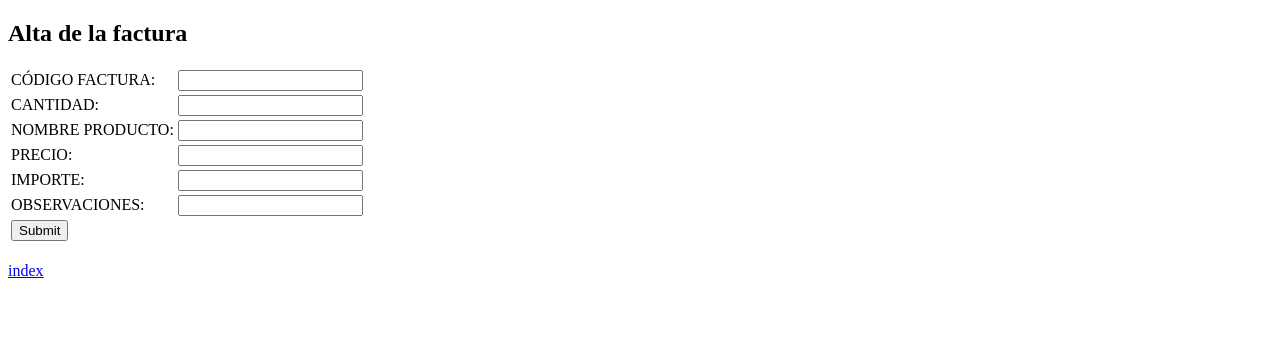
Repository: jaimedelgado/Formacion-JAVA
Page: http://localhost/facturasJ2EEMejorado/altaFactura.jsp
These files come from the project's save history. The page is drawn as it stood at one moment and after the next save; the edit follows.
The browser window is 1280 px wide. The pictures show the whole page.
The page is served by Tomcat 9. Other server files are loaded and not shown.

Above is the page before, as saved 2015-10-23 06:21:40.

### facturasJ2EEMejorado/WebContent/altaFactura.jsp
<%@ page language="java" contentType="text/html; charset=ISO-8859-1" pageEncoding="ISO-8859-1"%>
<%@ taglib prefix="c" uri="http://java.sun.com/jsp/jstl/core"%>

<!DOCTYPE html>
<html>
	<head>
		<meta charset="UTF-8">
		<title>ALTA DE LA FACTURA</title>
	</head>
	<body>
		<h2>Alta de la factura</h2>

		<form action="SvAltaFactura">
			<table>
				<tr>
					<td>CÓDIGO FACTURA: </td>
					<td><input type="text" name="codigoFactura"/></td>
				</tr>
				<tr>
					<td>CANTIDAD: </td>
					<td><input type="text" name="cantidad"/></td>
				</tr>
				<tr>
					<td>NOMBRE PRODUCTO: </td>
					<td><input type="text" name="nombreProducto"/></td>
				</tr>
				<tr>
					<td>PRECIO: </td>
					<td><input type="text" name="precio"/></td>
				</tr>
				<tr>
					<td>IMPORTE: </td>
					<td><input type="text" name="importe"/></td>
				</tr>
				<tr>
					<td>OBSERVACIONES: </td>
					<td><input type="text" name="observaciones"/></td>
				</tr>
				<tr>
					<td><input type="submit" name="submit"/></td>
				</tr>
			</table>


		</form>
		<br/>
		<a href="index.jsp">index</a>
	</body>
</html>

After the next save:
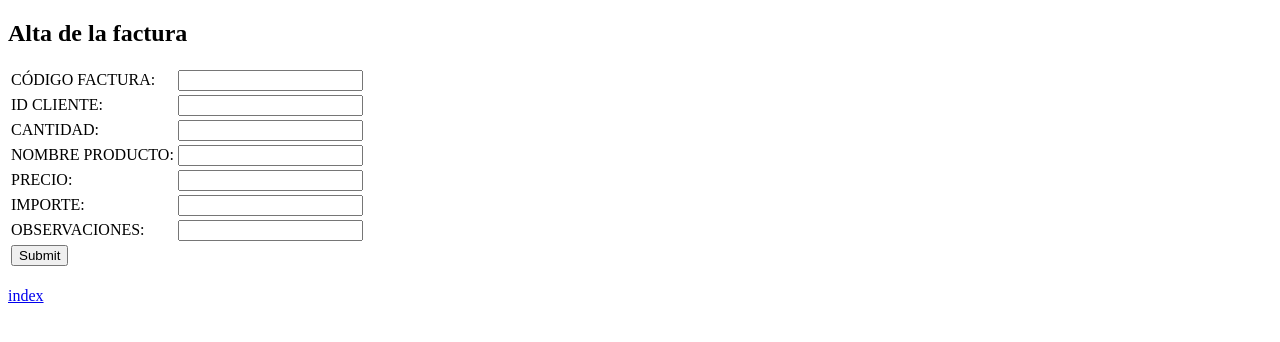
Saved 52 s later.
--- a/facturasJ2EEMejorado/WebContent/altaFactura.jsp
+++ b/facturasJ2EEMejorado/WebContent/altaFactura.jsp
@@ -15,6 +15,10 @@
 				<tr>
 					<td>CÓDIGO FACTURA: </td>
 					<td><input type="text" name="codigoFactura"/></td>
+				</tr>
+				<tr>
+					<td>ID CLIENTE: </td>
+					<td><input type="text" name="idCliente"/></td>
 				</tr>
 				<tr>
 					<td>CANTIDAD: </td>
